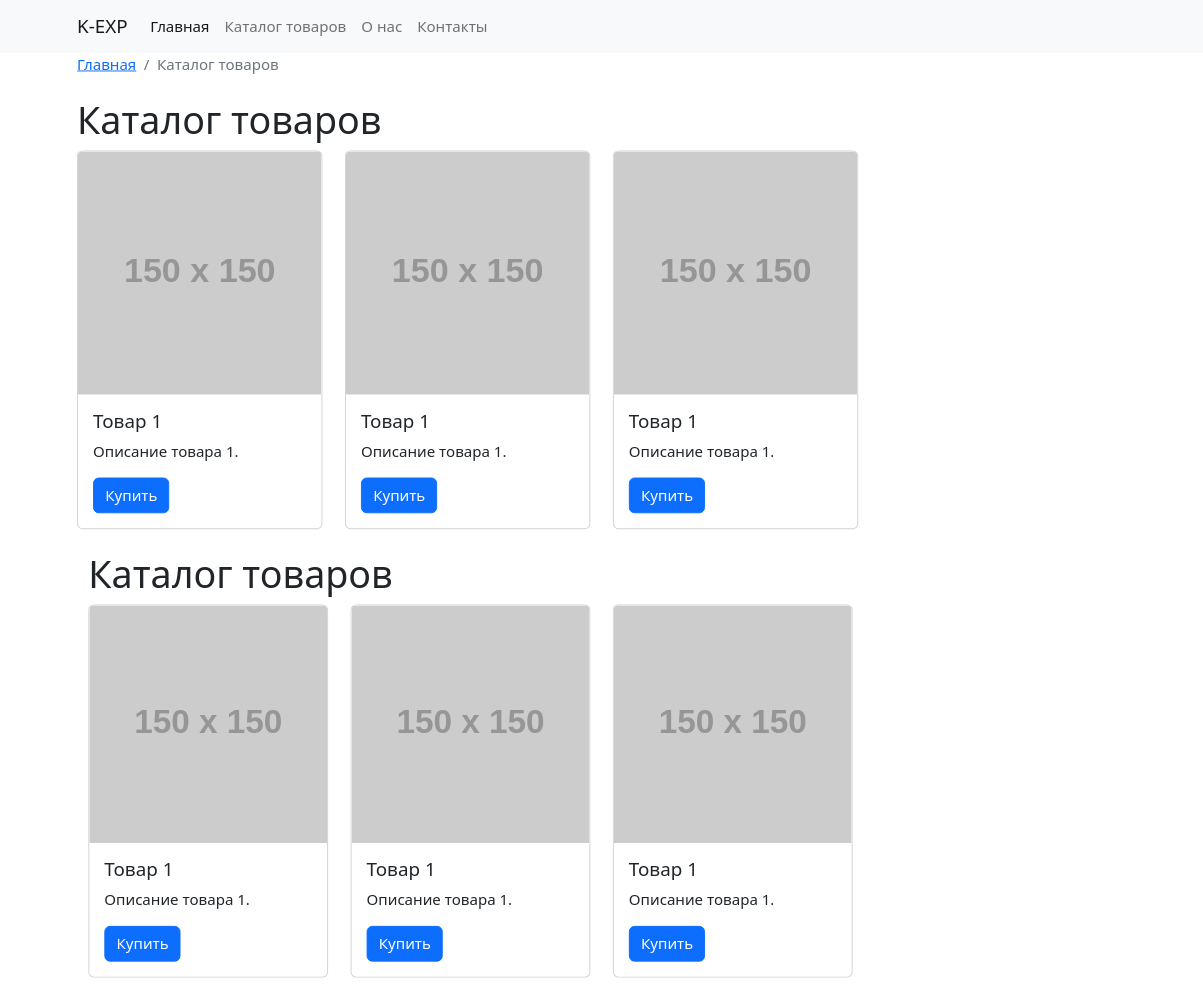
Repository: smartsoltech/kexp-shop
Page: main/catalog/templates/catalog/base.html
These files come from the project's save history. The page is drawn as it stood at one moment and after the next save; the edit follows.
The browser window is 1280 px wide. The pictures show the whole page, at 94% of full size.
The template is drawn by Django 4.2. The application's start-up code is not run. Other server files are loaded and not shown. The template is opened directly, without the code that normally fills it, so the values that code supplies are empty.

Above is the page before, as saved 2023-03-14 14:09:05.

### main/catalog/templates/catalog/base.html
<!DOCTYPE html>
<html lang="ru">
<head>
  <meta charset="UTF-8">
  <meta name="viewport" content="width=device-width, initial-scale=1.0">
  <title>{% block title %}{% endblock %}</title>
  <!-- Подключение Bootstrap CSS -->
  <link rel="stylesheet" href="https://cdn.jsdelivr.net/npm/bootstrap@5.2.3/dist/css/bootstrap.min.css" integrity="sha384-rbsA2VBKQhggwzxH7pPCaAqO46MgnOM80zW1RWuH61DGLwZJEdK2Kadq2F9CUG65" crossorigin="anonymous"></head>
<body>

  <!-- Навигационная панель -->
  <nav class="navbar navbar-expand-lg navbar-light bg-light">
    <div class="container">
      <a class="navbar-brand" href="{% url 'home' %}">K-EXP</a>
      <button class="navbar-toggler" type="button" data-bs-toggle="collapse" data-bs-target="#navbarNav" aria-controls="navbarNav" aria-expanded="false" aria-label="Toggle navigation">
        <span class="navbar-toggler-icon"></span>
      </button>
      <div class="collapse navbar-collapse" id="navbarNav">
        <ul class="navbar-nav">
          <li class="nav-item">
            <a class="nav-link active" aria-current="page" href="{% url 'home' %}">Главная</a>
          </li>
          <li class="nav-item">
            <a class="nav-link" href="#">Каталог товаров</a>
          </li>
          <li class="nav-item">
            <a class="nav-link" href="{% url 'about' %}">О нас</a>
          </li>
          <li class="nav-item">
            <a class="nav-link" href="#">Контакты</a>
          </li>
        </ul>
      </div>
    </div>
  </nav>

  <!-- Хлебные крошки -->
  <nav aria-label="breadcrumb">
    <div class="container">
      <ol class="breadcrumb">
        <li class="breadcrumb-item"><a href="#">Главная</a></li>
        <li class="breadcrumb-item active" aria-current="page">Каталог товаров</li>
      </ol>
    </div>
  </nav>

  <!-- Основное содержимое -->
  <div class="container my-4">
    <h1>Каталог товаров</h1>
    <div class="row">
      <div class="col-md-3">
        <div class="card">
          <img src="https://via.placeholder.com/150" class="card-img-top" alt="...">
          <div class="card-body">
            <h5 class="card-title">Товар 1</h5>
            <p class="card-text">Описание товара 1.</p>
            <a href="#" class="btn btn-primary">Купить</a>
          </div>
      </div>
    </div>
      <div class="col-md-3">
        <div class="card">
          <img src="https://via.placeholder.com/150" class="card-img-top" alt="...">
          <div class="card-body">
            <h5 class="card-title">Товар 1</h5>
            <p class="card-text">Описание товара 1.</p>
            <a href="#" class="btn btn-primary">Купить</a>
          </div>
      </div>
    </div>
    <div class="col-md-3">
      <div class="card">
        <img src="https://via.placeholder.com/150" class="card-img-top" alt="...">
        <div class="card-body">
          <h5 class="card-title">Товар 1</h5>
          <p class="card-text">Описание товара 1.</p>
          <a href="#" class="btn btn-primary">Купить</a>
        </div>
    </div>
  </div>
  </div>
  <div class="container my-4">
    <h1>Каталог товаров</h1>
    <div class="row">
      <div class="col-md-3">
        <div class="card">
          <img src="https://via.placeholder.com/150" class="card-img-top" alt="...">
          <div class="card-body">
            <h5 class="card-title">Товар 1</h5>
            <p class="card-text">Описание товара 1.</p>
            <a href="#" class="btn btn-primary">Купить</a>
          </div>
      </div>
    </div>
      <div class="col-md-3">
        <div class="card">
          <img src="https://via.placeholder.com/150" class="card-img-top" alt="...">
          <div class="card-body">
            <h5 class="card-title">Товар 1</h5>
            <p class="card-text">Описание товара 1.</p>
            <a href="#" class="btn btn-primary">Купить</a>
          </div>
      </div>
    </div>
    <div class="col-md-3">
      <div class="card">
        <img src="https://via.placeholder.com/150" class="card-img-top" alt="...">
        <div class="card-body">
          <h5 class="card-title">Товар 1</h5>
          <p class="card-text">Описание товара 1.</p>
          <a href="#" class="btn btn-primary">Купить</a>
        </div>
    </div>
  </div>
  </div>

After the next save:
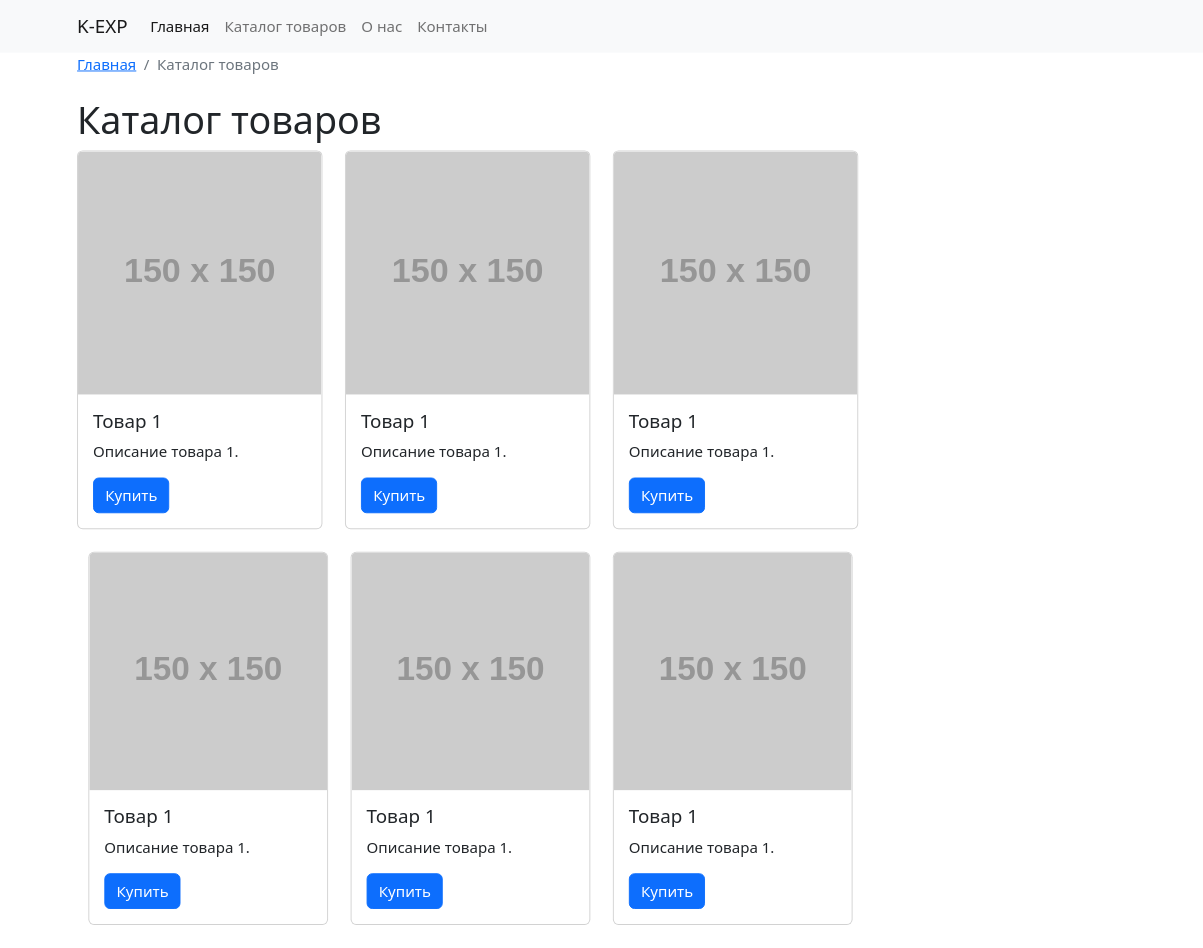
Saved 8 s later.
--- a/main/catalog/templates/catalog/base.html
+++ b/main/catalog/templates/catalog/base.html
@@ -80,7 +80,6 @@
   </div>
   </div>
   <div class="container my-4">
-    <h1>Каталог товаров</h1>
     <div class="row">
       <div class="col-md-3">
         <div class="card">
